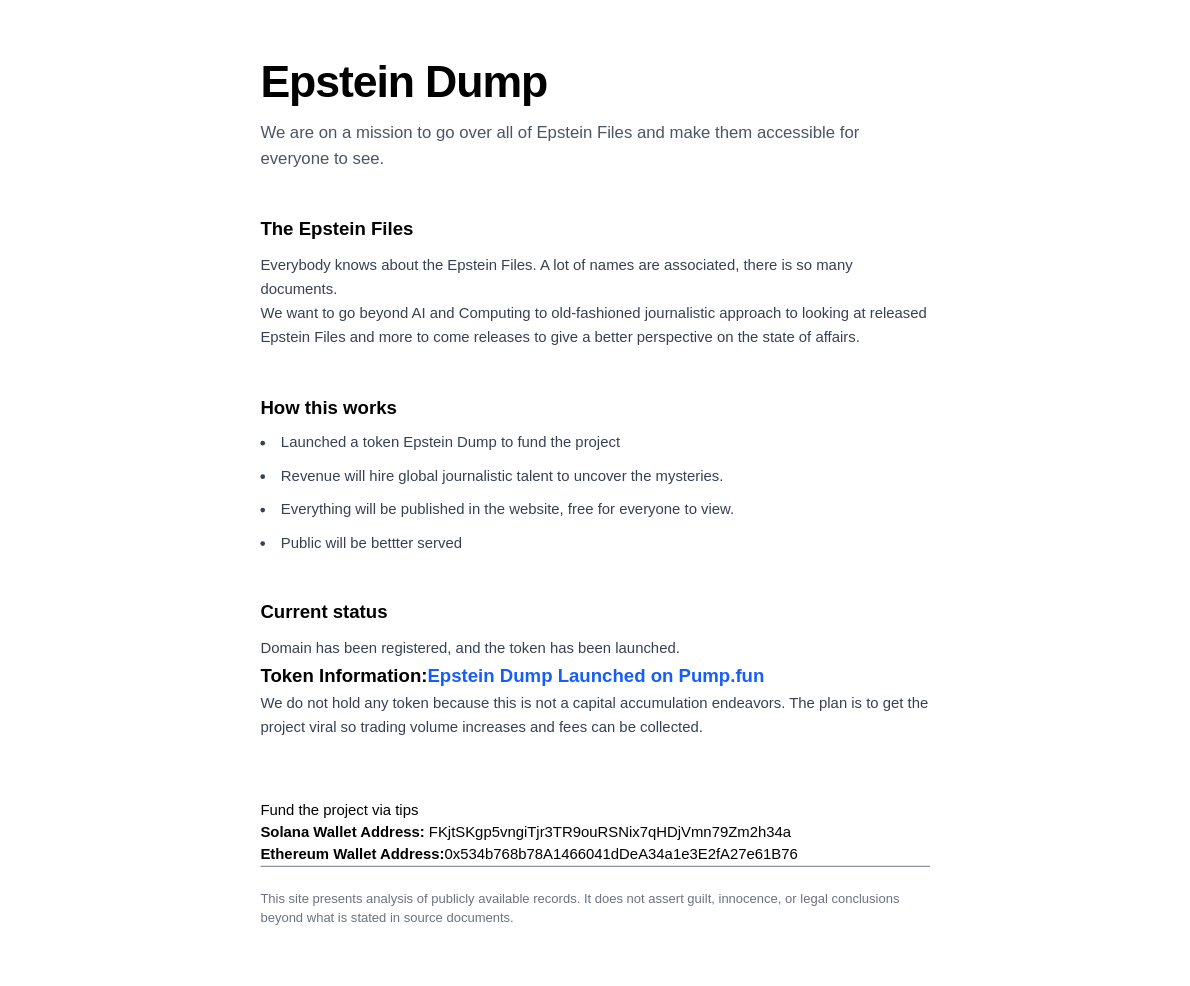
Repository: dayvoid97/epsteindump
Page: /
The author's editor kept a copy of each file at every save. The page is drawn from the files as they stood at one save, then again after the next save.
The browser window is 1280 px wide. The pictures show the whole page, at 93% of full size.
The project was rebuilt for these pictures with package versions that can differ from the ones it lists, and the page was loaded fresh each time. The framework's server and built-in components were replaced by stand-ins that run in the browser. Also part of the build but not shown: next.config.ts.

Above is the page before, as saved 2026-02-02 02:31:07.

After the next save:
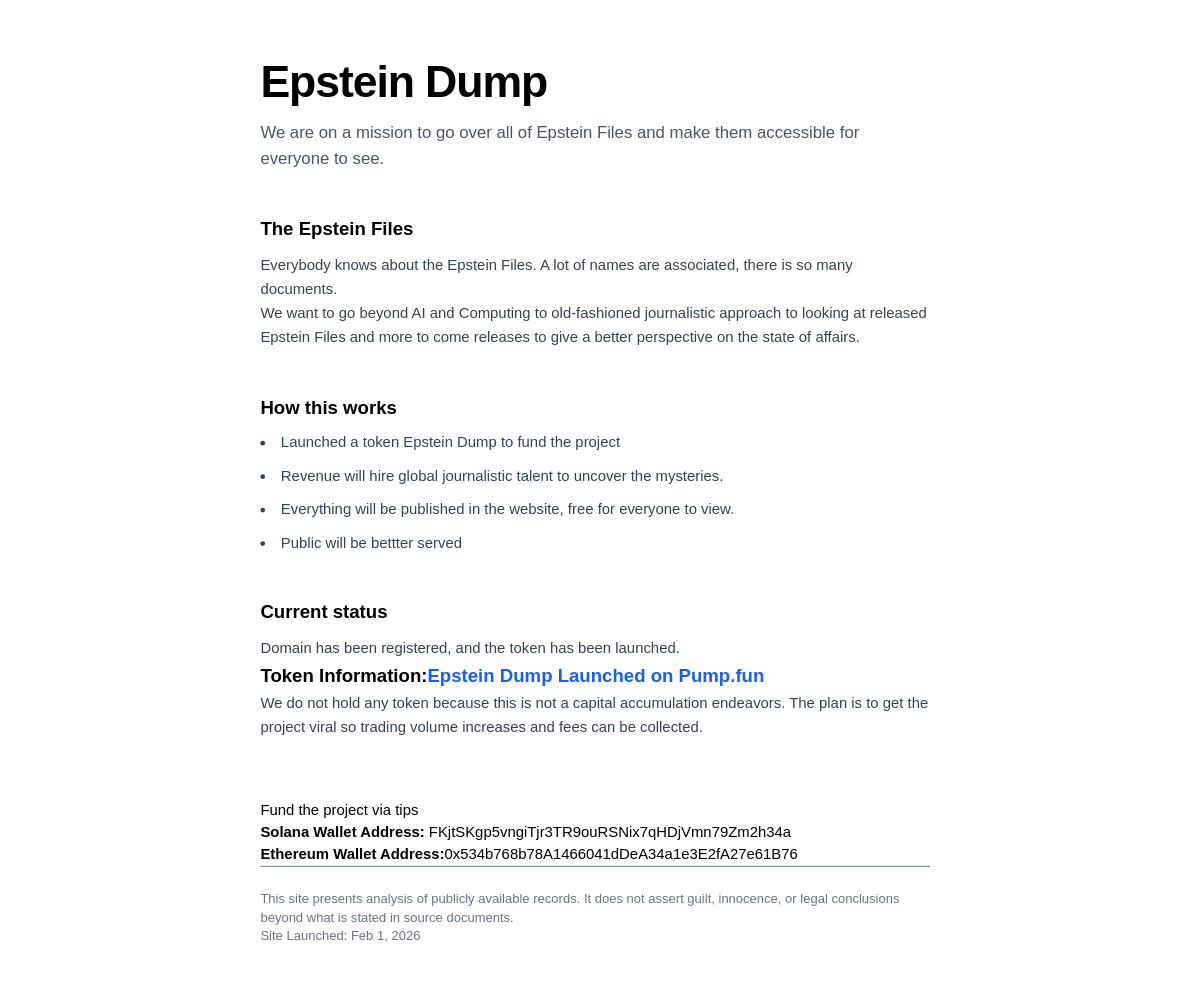
Saved 39 s later.
--- a/app/page.tsx
+++ b/app/page.tsx
@@ -77,6 +77,7 @@
             This site presents analysis of publicly available records. It does not assert guilt,
             innocence, or legal conclusions beyond what is stated in source documents.
           </p>
+          <p>Site Launched: Feb 1, 2026</p>
         </footer>
       </div>
     </main>
